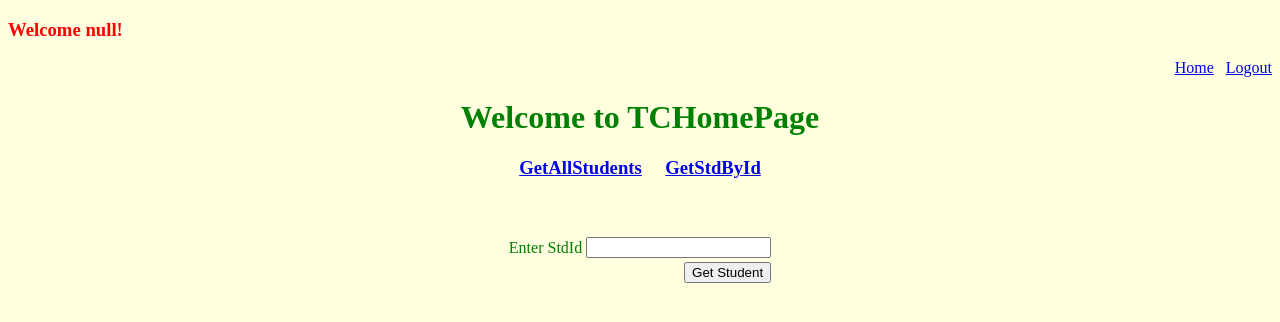
Repository: Ranjith-Kondra/Student_Assignment
Page: http://localhost/StudentWebApp/GetStdById.jsp
The author's editor kept a copy of each file at every save. The page is drawn from the files as they stood at one save, then again after the next save.
The browser window is 1280 px wide. The pictures show the whole page.
The page is served by Tomcat 9.

Above is the page before, as saved 2024-01-16 05:50:29.

After the next save:
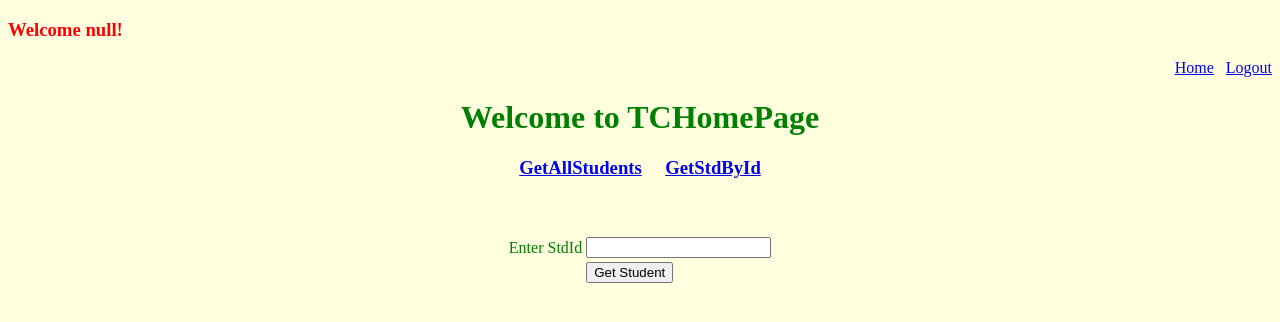
Saved 40 s later.
--- a/Student_prog1/WorkSpace1/StudentWebApp/WebContent/TCHomePage.jsp
+++ b/Student_prog1/WorkSpace1/StudentWebApp/WebContent/TCHomePage.jsp
@@ -16,7 +16,7 @@
 		<form align="right">
 			<a href="TCHomePage.jsp">Home</a> &nbsp;
 			<a href="Logout">Logout</a>
-		<form>
+		</form>
 
 		<center>
 		<h1>Welcome to TCHomePage</h1>
